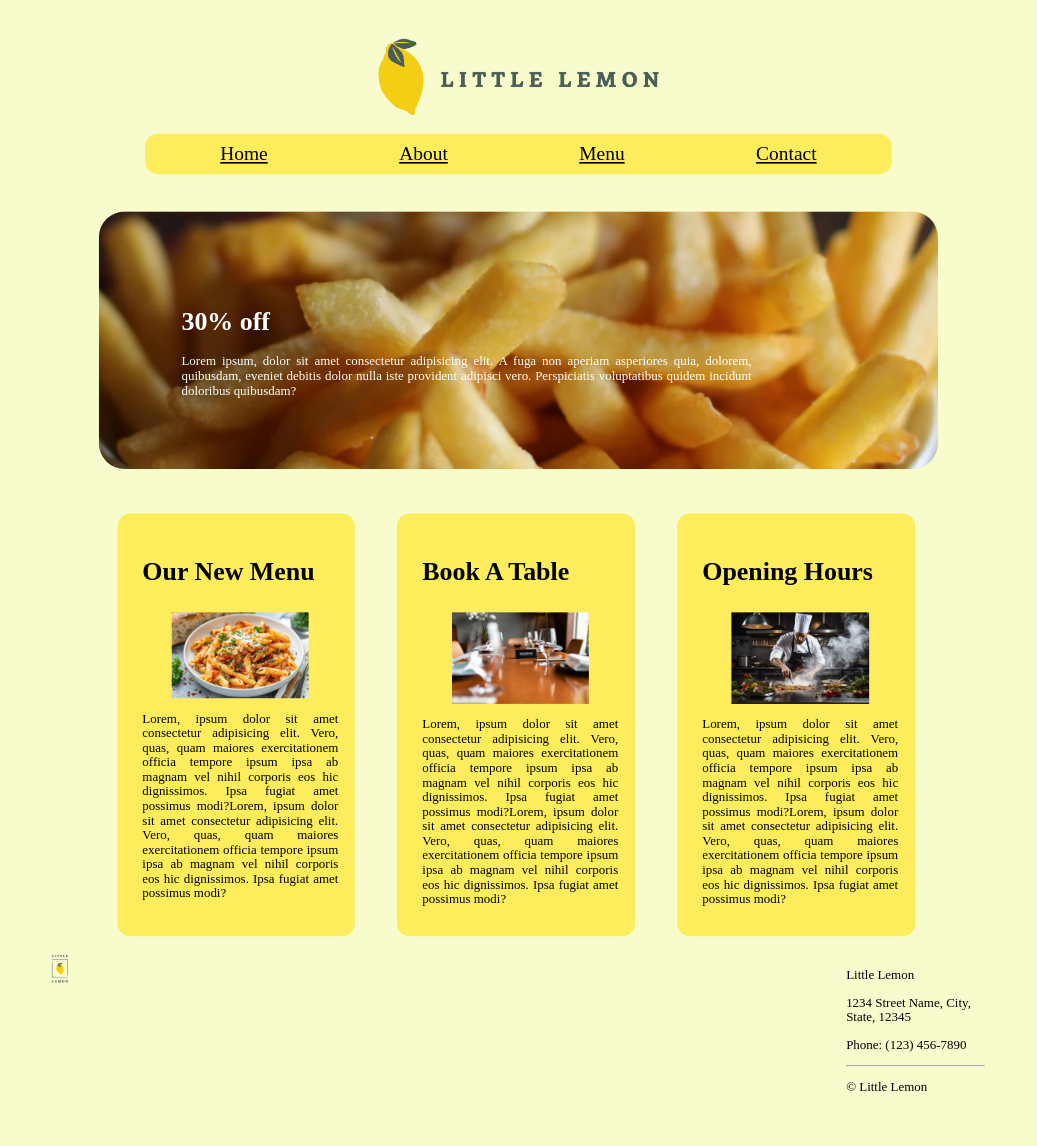
Repository: Yeshwanth-189/meta-html-css
Page: index.html
These files come from the project's save history. The page is drawn as it stood at one moment and after the next save; the edit follows.
The browser window is 1280 px wide. The pictures show the whole page, at 81% of full size.

Above is the page before, as saved 2025-04-22 00:27:41.

After the next save:
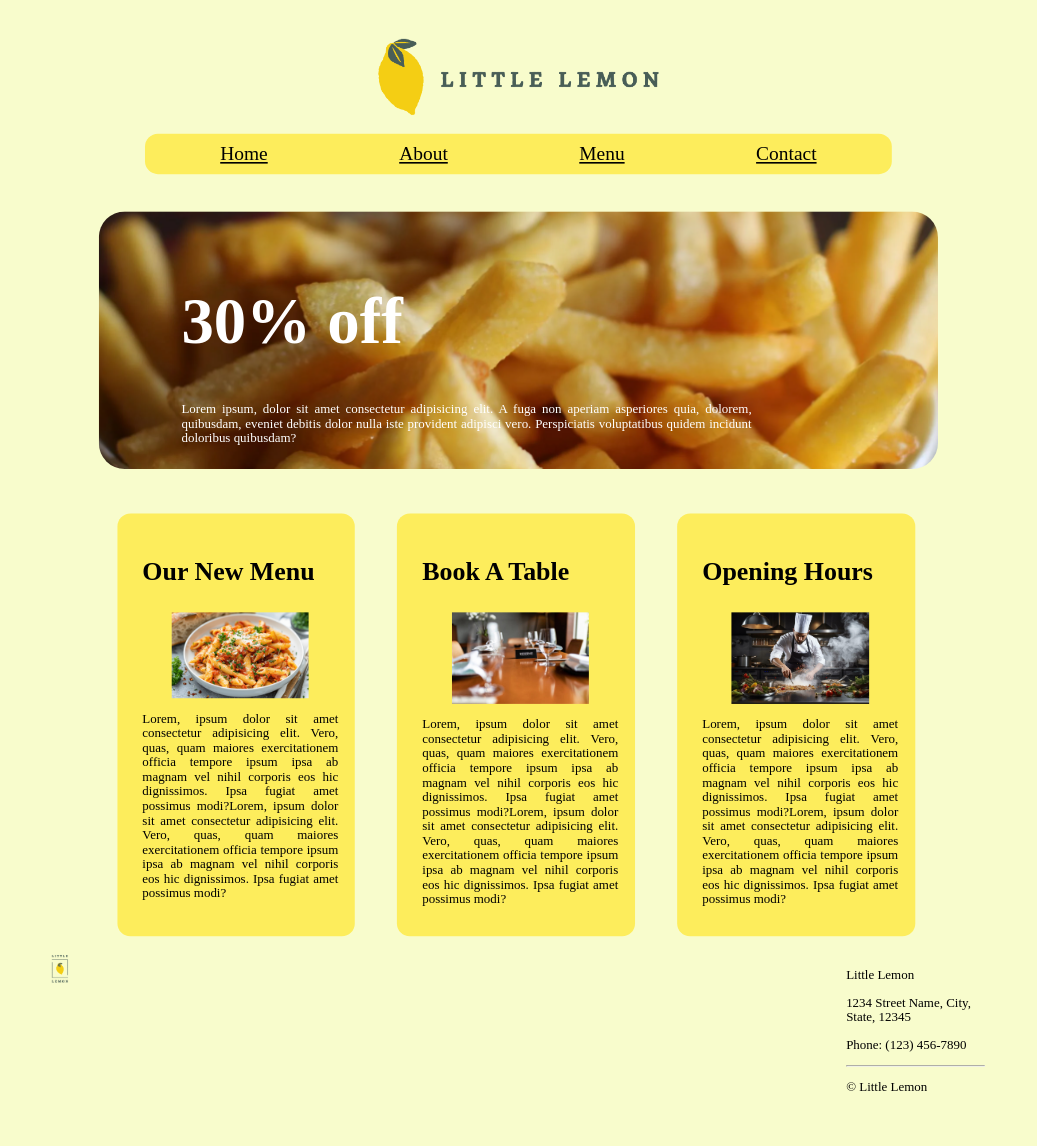
Saved 28 s later.
--- a/styles.css
+++ b/styles.css
@@ -34,7 +34,7 @@
   text-align: justify;
   font-size: 100%;
 }
-#discount-heading {
+.discount-heading {
   font-size: 500%;
 }
 nav ul {
